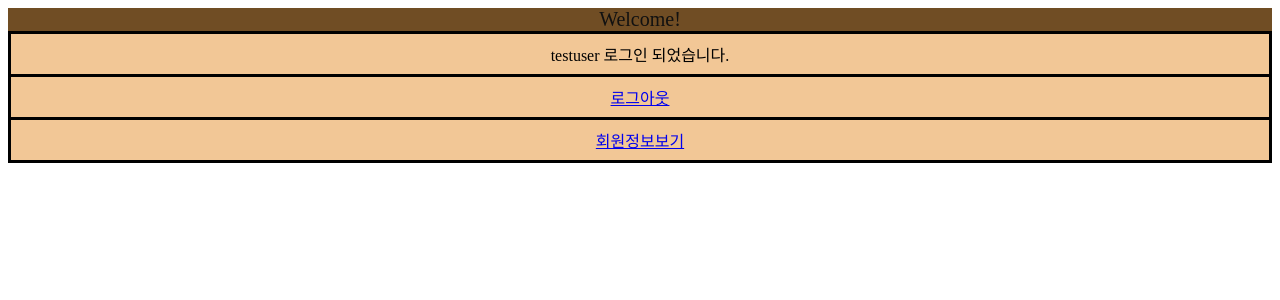
Repository: LucestDail/jdbcWorkspace
Page: http://localhost/jdbcProject/model1/member/main.jsp
The author's editor kept a copy of each file at every save. The page is drawn from the files as they stood at one save, then again after the next save.
The browser window is 1280 px wide. The pictures show the whole page.
The page is served by Tomcat 9. The session is filled in as if someone had signed in: {"login": "testuser", "name": "Test User"}. Other server files are loaded and not shown.

Above is the page before, as saved 2020-11-19 05:09:16.

### jdbcProject/WebContent/model1/member/main.jsp
<%@ page language="java" contentType="text/html; charset=EUC-KR"
    pageEncoding="EUC-KR"%>
<!DOCTYPE html>
<%-- 1. 로그인 여부 검증
로그인 상태 : 현재 화면
로그인이 admin 인 경우는 회원목록 보기 추가하기!
로그아웃 상태 : 로그인하세요. 메시지 출력 후 loginForm.jsp 로 페이지 이동하기
 --%>
 <%
 String login = (String)session.getAttribute("login");
 if(login != null){%>
<html>
<head>
<meta charset="EUC-KR">
<title>회원관리</title>
<link rel = "stylesheet" href = "../../css/main.css">
</head>
<body>
<table><caption>Welcome!</caption>
	<tr>
		<td><%=login %> 로그인 되었습니다.</td>
	</tr>
	<tr>
		<td><a href = "logout.jsp">로그아웃</a></td>
	</tr>
	<tr>
		<td><a href = "info.jsp?id=<%=login%>">회원정보보기</a></td>
	</tr>
	<% if(login.equals("admin")){ %>
	<tr>
		<td><a href = "list.jsp?id=<%=login%>"> 회원목록 보기</a></td>
	</tr>
	<% } %>
</table>
</body>
</html>
<% } else { %>
<script>
alert("로그인하세요")
location.href = "loginForm.jsp"
</script>
<% }%>

### jdbcProject/WebContent/css/main.css
@charset "EUC-KR";
table{
	width:100%;
	border-collapse: collapse;
}

th,td{
	border: 3px solid black;
	text-align:center;
	padding: 8px;
}
th{
	background-color: #F0A44D;
	color: #353535;
}
td{
	background-color: #F2C796;
}
caption{
	color:#111111;
	font-size: 20px;
	background-color: #704D24;
}
input[type=text], input[type=password]{
	width: 100%;
}
textarea {
	width: 100%;
	height: 200px;
	padding: 10px;
	box-sizing: border-box;
	border: solid 2px #1E90FF;
	border-radius: 5px;
	font-size: 16px;
	resize: both;
}

input{
	background-color: #BD813D;
}

After the next save:
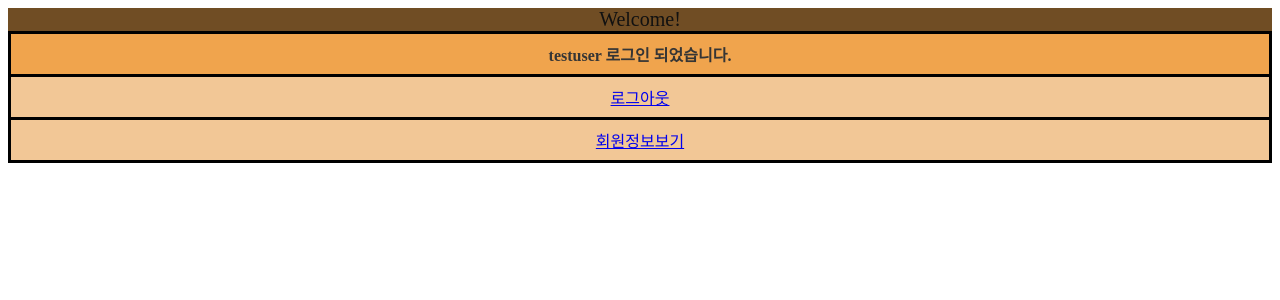
Saved 17 s later.
--- a/jdbcProject/WebContent/model1/member/main.jsp
+++ b/jdbcProject/WebContent/model1/member/main.jsp
@@ -18,7 +18,7 @@
 <body>
 <table><caption>Welcome!</caption>
 	<tr>
-		<td><%=login %> 로그인 되었습니다.</td>
+		<th><%=login %> 로그인 되었습니다.</th>
 	</tr>
 	<tr>
 		<td><a href = "logout.jsp">로그아웃</a></td>
